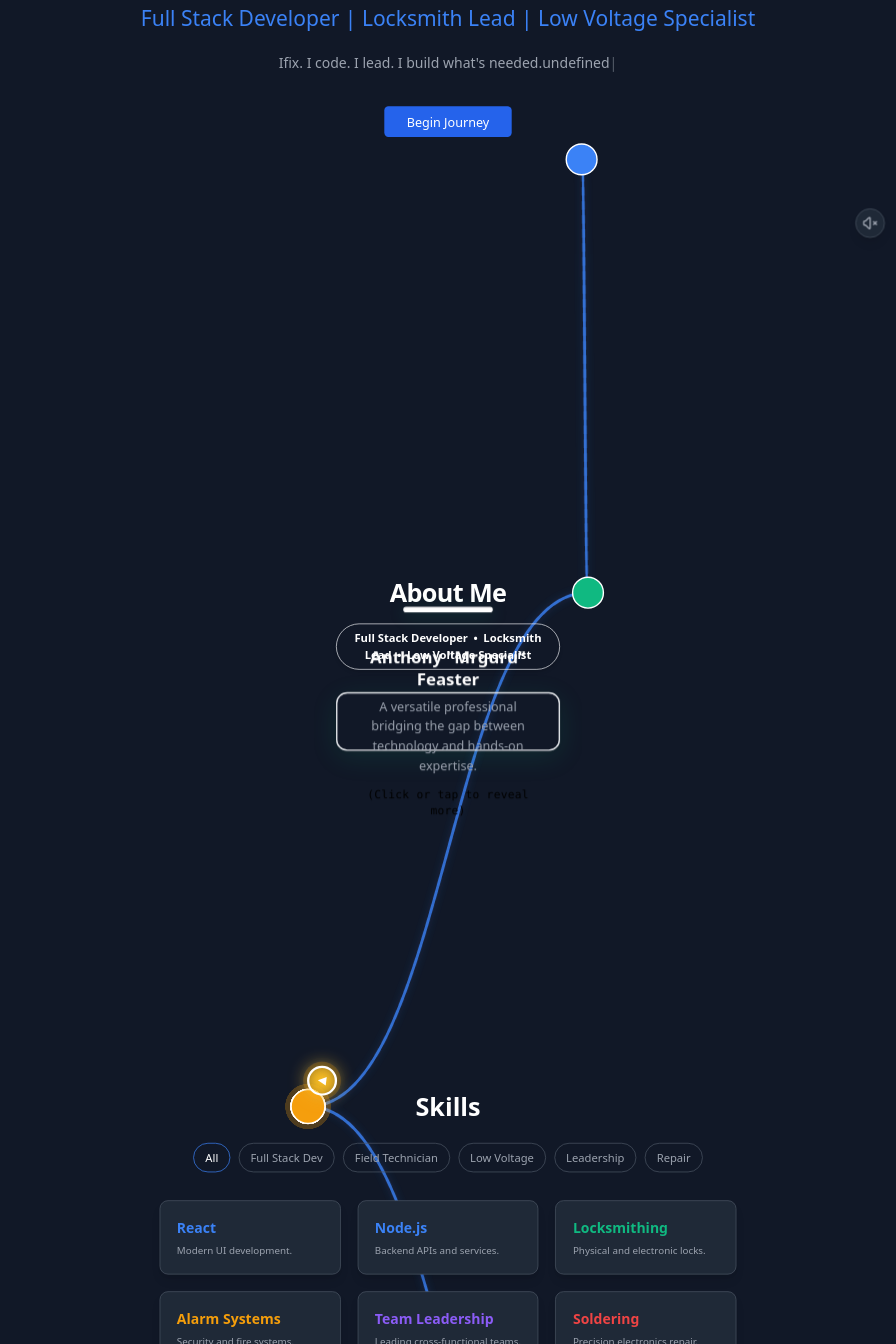
Repository: Mrguru2024/MyResumeSite
Page: /
The author's editor kept a copy of each file at every save. The page is drawn from the files as they stood at one save, then again after the next save.
The browser window is 1280 px wide. The pictures show the part of the page from y = 364 to 2284 px (the page is 9164 px tall before and 9893 px after), at 70% of full size.
The project was rebuilt for these pictures with package versions that can differ from the ones it lists, and the page was loaded fresh each time. The framework's server and built-in components were replaced by stand-ins that run in the browser. Also part of the build but not shown: next.config.mjs.

Above is the page before, as saved 2025-05-11 19:16:11.

### src/app/layout.tsx
import type { Metadata } from "next";
import { Inter } from "next/font/google";
import "./globals.css";

const inter = Inter({
  subsets: ["latin"],
  display: "swap",
  variable: "--font-inter",
});

export const metadata: Metadata = {
  title: "Anthony 'Mrguru' Feaster - Interactive Resume",
  description: "Interactive resume website showcasing Anthony Feaster's skills, experience, and projects",
};

export default function RootLayout({
  children,
}: {
  children: React.ReactNode;
}) {
  return (
    <html lang="en" className="scroll-smooth">
      <body className={`${inter.variable} font-sans antialiased`}>
        {children}
      </body>
    </html>
  );
}

### src/components/sections/About/index.tsx
"use client";
import { useState, useContext, useRef } from "react";
import { motion, AnimatePresence } from "framer-motion";
import { cn } from "@/lib/utils";
import { ActiveSectionContext } from "@/context/ActiveSectionContext";

const ABOUT_COLOR = "#10b981";

export default function About() {
  const [isFlipped, setIsFlipped] = useState(false);
  const { active } = useContext(ActiveSectionContext);
  const sectionIndex = 1; // About is the second section (0 = Hero)
  const isActive = active === sectionIndex;
  const cardRef = useRef<HTMLButtonElement>(null);
  const [tilt, setTilt] = useState({ x: 0, y: 0 });

  // Flip card automatically when About is active
  // (but allow manual flip as well)
  // Only auto-flip to back ONCE per activation
  const [autoFlipped, setAutoFlipped] = useState(false);
  if (isActive && !autoFlipped && !isFlipped) {
    setTimeout(() => {
      setIsFlipped(true);
      setAutoFlipped(true);
    }, 400);
  } else if (!isActive && autoFlipped) {
    // Don't auto-flip back when scrolling away
    // setIsFlipped(false);
    // setAutoFlipped(false);
  }

  // 3D tilt effect on mouse move
  function handleMouseMove(e: React.MouseEvent) {
    const card = cardRef.current;
    if (!card) return;
    const rect = card.getBoundingClientRect();
    const x = ((e.clientX - rect.left) / rect.width - 0.5) * 2;
    const y = ((e.clientY - rect.top) / rect.height - 0.5) * 2;
    setTilt({ x, y });
  }
  function handleMouseLeave() {
    setTilt({ x: 0, y: 0 });
  }

  return (
    <section className="min-h-screen flex flex-col items-center justify-center relative pt-32 overflow-hidden">
      {/* Animated SVG/CSS background pattern */}
      <AnimatePresence>
        {isActive && (
          <motion.div
            key="about-bg-pattern"
            initial={{ opacity: 0 }}
            animate={{ opacity: 0.18 }}
            exit={{ opacity: 0 }}
            transition={{ duration: 1 }}
            className="absolute inset-0 z-0 pointer-events-none"
            aria-hidden
          >
            <svg
              width="100%"
              height="100%"
              className="w-full h-full"
              viewBox="0 0 800 600"
              fill="none"
              xmlns="http://www.w3.org/2000/svg"
            >
              <defs>
                <radialGradient
                  id="aboutBgGrad"
                  cx="50%"
                  cy="40%"
                  r="80%"
                  fx="50%"
                  fy="40%"
                >
                  <stop offset="0%" stopColor="#10b981" stopOpacity="0.18" />
                  <stop offset="100%" stopColor="transparent" />
                </radialGradient>
              </defs>
              <rect width="800" height="600" fill="url(#aboutBgGrad)" />
              <g stroke="#10b981" strokeWidth="0.5" opacity="0.18">
                {[...Array(12)].map((_, i) => (
                  <circle
                    key={i}
                    cx={400}
                    cy={300}
                    r={40 + i * 40}
                    fill="none"
                  />
                ))}
              </g>
            </svg>
          </motion.div>
        )}
      </AnimatePresence>
      {/* Animated background accent when active */}
      <AnimatePresence>
        {isActive && (
          <motion.div
            key="about-accent"
            initial={{ opacity: 0, scale: 0.9 }}
            animate={{ opacity: 0.25, scale: 1 }}
            exit={{ opacity: 0, scale: 0.9 }}
            transition={{ duration: 0.7, type: "spring" }}
            className="absolute inset-0 z-0 pointer-events-none"
            style={{
              background:
                "radial-gradient(circle at 50% 40%, #10b98155 0%, transparent 70%)",
              filter: "blur(32px)",
            }}
            aria-hidden
          />
        )}
      </AnimatePresence>
      <div className="container mx-auto px-4 sm:px-6 lg:px-8 bg-transparent">
        <motion.div
          className="w-full max-w-3xl xl:max-w-4xl mx-auto"
          initial={{ opacity: 0, y: 40 }}
          animate={{ opacity: 1, y: 0 }}
          transition={{ duration: 0.7, delay: 0.2 }}
        >
          <h2 className="text-3xl sm:text-4xl font-extrabold text-text-primary mb-4 sm:mb-6 text-center tracking-tight drop-shadow-lg">
            About Me
          </h2>
          {/* Badge above card, always readable, never flips */}
          <motion.div
            className="mb-6 sm:mb-8 mt-2 px-3 sm:px-5 py-1.5 sm:py-2 rounded-full bg-emerald-500/90 text-white font-semibold text-xs sm:text-base shadow-md border border-white/20 backdrop-blur-md max-w-[90vw] sm:max-w-xs text-center whitespace-pre-line"
            initial={{ opacity: 0, y: -10 }}
            animate={{ opacity: 1, y: 0 }}
            transition={{ delay: 0.2, duration: 0.5 }}
            style={{ zIndex: 2 }}
          >
            <span className="block sm:inline">Full Stack Developer</span>
            <span className="hidden sm:inline mx-2">•</span>
            <span className="block sm:inline">Locksmith Lead</span>
            <span className="hidden sm:inline mx-2">•</span>
            <span className="block sm:inline">Low Voltage Specialist</span>
          </motion.div>
          {/* Card flip container with perspective */}
          <div className="flex justify-center items-center mt-4 sm:mt-8">
            <motion.div
              className="relative w-full max-w-md xl:max-w-lg"
              style={{ perspective: 1200 }}
              layout
            >
              <motion.div
                className="relative w-full h-[400px]"
                style={{
                  transformStyle: "preserve-3d",
                }}
                transition={{ type: "spring", stiffness: 80, damping: 18 }}
                layout
              >
                {/* Card Front */}
                <motion.button
                  type="button"
                  aria-pressed={isFlipped}
                  className={cn(
                    "w-full h-full rounded-2xl p-4 sm:p-6 md:p-10 shadow-2xl flex flex-col items-center justify-center border-2 border-transparent bg-white/30 dark:bg-background-dark/60 backdrop-blur-xl z-10 select-none transition-all duration-300",
                    isFlipped ? "opacity-0 pointer-events-none" : "opacity-100"
                  )}
                  style={{
                    boxShadow: "0 8px 40px 0 #10b98122, 0 1.5px 8px #0002",
                    borderImage: isActive
                      ? "linear-gradient(90deg, #10b981 0%, #22d3ee 100%) 1"
                      : undefined,
                    borderColor: isActive ? "#10b981" : "#e5e7eb",
                    transition: "all 0.4s ease",
                    cursor: "pointer",
                    backfaceVisibility: "hidden",
                    position: "absolute",
                    top: 0,
                    left: 0,
                    right: 0,
                    bottom: 0,
                    transform: `rotateY(${isFlipped ? 180 : 0}deg)`,
                  }}
                  tabIndex={0}
                  aria-label="About card front"
                  whileHover={{ scale: 1.02, transition: { duration: 0.2 } }}
                  whileTap={{ scale: 0.98 }}
                  onClick={() => setIsFlipped((f) => !f)}
                >
                  {/* Avatar with drop shadow, perfectly centered */}
                  <div
                    className="w-20 h-20 sm:w-24 sm:h-24 md:w-32 md:h-32 rounded-full bg-gradient-to-br from-emerald-400 to-emerald-700 border-4 border-white shadow-lg mb-4 sm:mb-6 flex items-center justify-center overflow-hidden"
                    style={{ boxShadow: "0 4px 24px 0 #10b98144" }}
                  >
                    {/* Replace with actual avatar image if available */}
                    <svg
                      viewBox="0 0 64 64"
                      fill="none"
                      xmlns="http://www.w3.org/2000/svg"
                      className="w-16 h-16 sm:w-20 sm:h-20"
                    >
                      <circle cx="32" cy="32" r="32" fill="url(#avatarGrad)" />
                      <defs>
                        <linearGradient
                          id="avatarGrad"
                          x1="0"
                          y1="0"
                          x2="64"
                          y2="64"
                          gradientUnits="userSpaceOnUse"
                        >
                          <stop stopColor="#34d399" />
                          <stop offset="1" stopColor="#2563eb" />
                        </linearGradient>
                      </defs>
                      <path
                        d="M32 34c-7.732 0-14 6.268-14 14v2h28v-2c0-7.732-6.268-14-14-14z"
                        fill="#2563eb"
                        fillOpacity=".2"
                      />
                      <circle
                        cx="32"
                        cy="24"
                        r="10"
                        fill="#2563eb"
                        fillOpacity=".3"
                      />
                    </svg>
                  </div>
                  {/* Divider */}
                  <motion.div
                    className="w-16 sm:w-20 md:w-24 h-1 rounded-full bg-gradient-to-r from-emerald-400 via-emerald-300 to-emerald-500 mb-4 sm:mb-6"
                    initial={{ scaleX: 0 }}
                    animate={{ scaleX: 1 }}
                    transition={{ delay: 0.35, duration: 0.5 }}
                  />
                  <motion.h3
                    className="text-lg sm:text-xl md:text-2xl font-extrabold text-text-primary text-center mb-2 drop-shadow"
                    initial={{ opacity: 0, y: 20 }}
                    animate={{ opacity: 1, y: 0 }}
                    transition={{ delay: 0.2, duration: 0.6 }}
                  >
                    Anthony "Mrguru" Feaster
                  </motion.h3>
                  <motion.p
                    className="text-sm sm:text-base md:text-lg text-text-secondary text-center mb-2"
                    initial={{ opacity: 0, y: 20 }}
                    animate={{ opacity: 1, y: 0 }}
                    transition={{ delay: 0.3, duration: 0.6 }}
                  >
                    A versatile professional bridging the gap between technology
                    and hands-on expertise.
                  </motion.p>
                  <motion.span
                    className="mt-2 text-xs sm:text-sm md:text-base text-emerald-500 font-mono tracking-wide pb-6"
                    initial={{ opacity: 0 }}
                    animate={{ opacity: 1 }}
                    transition={{ delay: 0.7, duration: 0.5 }}
                  >
                    (Click or tap to reveal more)
                  </motion.span>
                </motion.button>
                {/* Card Back */}
                <motion.button
                  type="button"
                  aria-pressed={!isFlipped}
                  className={cn(
                    "w-full h-full rounded-2xl p-4 sm:p-6 md:p-10 shadow-2xl flex flex-col justify-center border-2 border-transparent bg-background-dark/90 dark:bg-white/90 backdrop-blur-xl z-10 select-none transition-all duration-300",
                    !isFlipped ? "opacity-0 pointer-events-none" : "opacity-100"
                  )}
                  style={{
                    boxShadow: "0 8px 40px 0 #10b98122, 0 1.5px 8px #0002",
                    borderImage: isActive
                      ? "linear-gradient(90deg, #10b981 0%, #22d3ee 100%) 1"
                      : undefined,
                    borderColor: isActive ? "#10b981" : "#e5e7eb",
                    transition: "all 0.4s ease",
                    cursor: "pointer",
                    backfaceVisibility: "hidden",
                    position: "absolute",
                    top: 0,
                    left: 0,
                    right: 0,
                    bottom: 0,
                    transform: `rotateY(${isFlipped ? 0 : -180}deg)`,
                  }}
                  tabIndex={0}
                  aria-label="About card back"
                  whileHover={{ scale: 1.02, transition: { duration: 0.2 } }}
                  whileTap={{ scale: 0.98 }}
                  onClick={() => setIsFlipped((f) => !f)}
                >
                  <motion.h3
                    className="text-lg sm:text-xl md:text-2xl font-extrabold text-text-primary mb-4 text-center drop-shadow"
                    initial={{ opacity: 0, y: 20 }}
                    animate={{ opacity: 1, y: 0 }}
                    transition={{ delay: 0.1, duration: 0.5 }}
                  >
                    Professional Summary
                  </motion.h3>
                  <motion.p
                    className="text-sm sm:text-base md:text-lg text-text-secondary mb-4 text-center"
                    initial={{ opacity: 0, y: 20 }}
                    animate={{ opacity: 1, y: 0 }}
                    transition={{ delay: 0.2, duration: 0.5 }}
                  >
                    As a Full Stack Developer and Field Technician, I combine
                    technical expertise with practical problem-solving skills.
                    My experience spans from developing modern web applications
                    to hands-on locksmith and low voltage work.
                  </motion.p>
                  <motion.p
                    className="text-sm sm:text-base md:text-lg text-text-secondary text-center"
                    initial={{ opacity: 0, y: 20 }}
                    animate={{ opacity: 1, y: 0 }}
                    transition={{ delay: 0.3, duration: 0.5 }}
                  >
                    I lead teams, manage projects, and deliver solutions that
                    make a real impact. Whether it's coding, fixing, or
                    building, I'm passionate about creating efficient, reliable
                    systems that solve real-world problems.
                  </motion.p>
                  <motion.span
                    className="mt-4 text-xs sm:text-sm md:text-base text-emerald-500 font-mono tracking-wide text-center pb-6"
                    initial={{ opacity: 0 }}
                    animate={{ opacity: 1 }}
                    transition={{ delay: 0.5, duration: 0.5 }}
                  >
                    (Click or tap to flip back)
                  </motion.span>
                </motion.button>
              </motion.div>
            </motion.div>
          </div>
        </motion.div>
      </div>
    </section>
  );
}

### src/context/ActiveSectionContext.tsx
import { createContext } from "react";

export const ActiveSectionContext = createContext({
  active: 0,
  setActive: (i: number) => {},
});

### src/components/ui/Button/index.tsx
import { ButtonHTMLAttributes, forwardRef } from "react";
import { cn } from "@/lib/utils";

interface ButtonProps extends ButtonHTMLAttributes<HTMLButtonElement> {
  variant?: "primary" | "secondary" | "outline";
  size?: "sm" | "md" | "lg";
}

const Button = forwardRef<HTMLButtonElement, ButtonProps>(
  ({ className, variant = "primary", size = "md", ...props }, ref) => {
    return (
      <button
        className={cn(
          "inline-flex items-center justify-center rounded-md font-medium transition-colors focus-visible:outline-none focus-visible:ring-2 focus-visible:ring-ring focus-visible:ring-offset-2 disabled:opacity-50 disabled:pointer-events-none",
          {
            "bg-button-primary text-button-text hover:bg-button-primaryHover":
              variant === "primary",
            "bg-secondary text-white hover:bg-secondary/90":
              variant === "secondary",
            "border border-input bg-background hover:bg-accent hover:text-accent-foreground":
              variant === "outline",
            "h-9 px-3 text-sm": size === "sm",
            "h-10 px-4 py-2": size === "md",
            "h-11 px-8 text-lg": size === "lg",
          },
          className
        )}
        ref={ref}
        {...props}
      />
    );
  }
);

Button.displayName = "Button";

export default Button;

### src/lib/utils.ts
import { type ClassValue, clsx } from "clsx";
import { twMerge } from "tailwind-merge";

export function cn(...inputs: ClassValue[]) {
  return twMerge(clsx(...inputs));
}

Loaded but not shown: tailwind.config.js (54 lines, source omitted); src/components/ui/BlueprintRoute/index.tsx (676 lines, source omitted); src/components/sections/Experience/index.tsx (165 lines, source omitted); src/components/sections/Portfolio/index.tsx (201 lines, source omitted); src/components/sections/Skills/index.tsx (187 lines, source omitted); src/app/page.tsx (97 lines, source omitted); src/components/sections/Hero/index.tsx (83 lines, source omitted); src/app/globals.css (72 lines, source omitted)

After the next save:
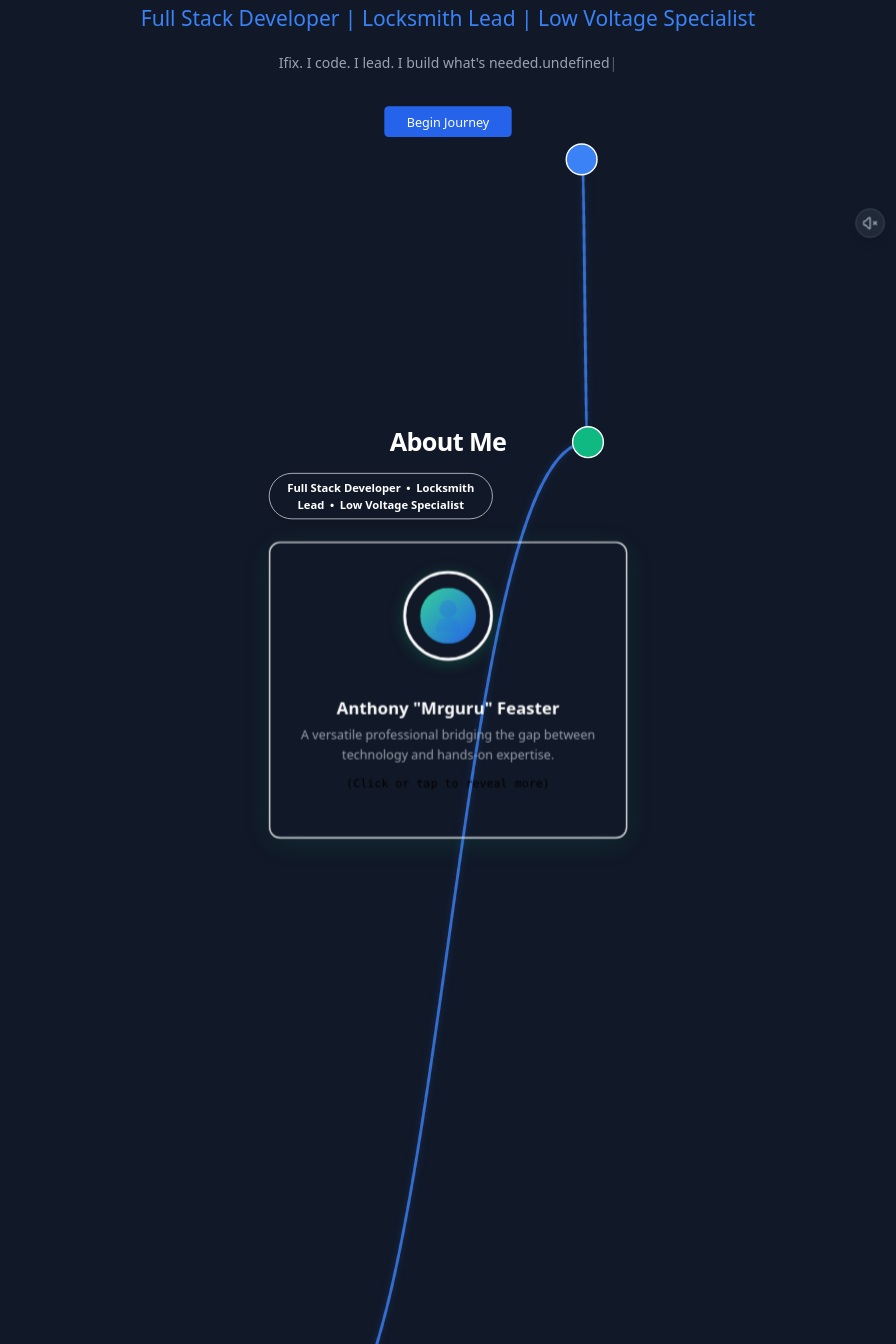
Saved 8 s later.
--- a/src/components/sections/About/index.tsx
+++ b/src/components/sections/About/index.tsx
@@ -144,9 +144,10 @@
               layout
             >
               <motion.div
-                className="relative w-full h-[400px]"
+                className="relative w-full"
                 style={{
                   transformStyle: "preserve-3d",
+                  transform: `rotateY(${isFlipped ? 180 : 0}deg)`,
                 }}
                 transition={{ type: "spring", stiffness: 80, damping: 18 }}
                 layout
@@ -156,8 +157,8 @@
                   type="button"
                   aria-pressed={isFlipped}
                   className={cn(
-                    "w-full h-full rounded-2xl p-4 sm:p-6 md:p-10 shadow-2xl flex flex-col items-center justify-center border-2 border-transparent bg-white/30 dark:bg-background-dark/60 backdrop-blur-xl z-10 select-none transition-all duration-300",
-                    isFlipped ? "opacity-0 pointer-events-none" : "opacity-100"
+                    "w-full rounded-2xl p-4 sm:p-6 md:p-10 shadow-2xl flex flex-col items-center justify-center border-2 border-transparent bg-white/30 dark:bg-background-dark/60 backdrop-blur-xl z-10 select-none transition-transform duration-300",
+                    isFlipped && "pointer-events-none"
                   )}
                   style={{
                     boxShadow: "0 8px 40px 0 #10b98122, 0 1.5px 8px #0002",
@@ -165,18 +166,18 @@
                       ? "linear-gradient(90deg, #10b981 0%, #22d3ee 100%) 1"
                       : undefined,
                     borderColor: isActive ? "#10b981" : "#e5e7eb",
-                    transition: "all 0.4s ease",
+                    transition: "border-color 0.4s, box-shadow 0.4s",
                     cursor: "pointer",
                     backfaceVisibility: "hidden",
-                    position: "absolute",
-                    top: 0,
-                    left: 0,
-                    right: 0,
-                    bottom: 0,
-                    transform: `rotateY(${isFlipped ? 180 : 0}deg)`,
+                    position: "relative",
+                    zIndex: 2,
                   }}
+                  initial={{ opacity: 1 }}
+                  animate={{ opacity: isFlipped ? 0 : 1 }}
+                  transition={{ duration: 0.4 }}
                   tabIndex={0}
                   aria-label="About card front"
+                  layout
                   whileHover={{ scale: 1.02, transition: { duration: 0.2 } }}
                   whileTap={{ scale: 0.98 }}
                   onClick={() => setIsFlipped((f) => !f)}
@@ -259,8 +260,8 @@
                   type="button"
                   aria-pressed={!isFlipped}
                   className={cn(
-                    "w-full h-full rounded-2xl p-4 sm:p-6 md:p-10 shadow-2xl flex flex-col justify-center border-2 border-transparent bg-background-dark/90 dark:bg-white/90 backdrop-blur-xl z-10 select-none transition-all duration-300",
-                    !isFlipped ? "opacity-0 pointer-events-none" : "opacity-100"
+                    "w-full rounded-2xl p-4 sm:p-6 md:p-10 shadow-2xl flex flex-col justify-center border-2 border-transparent bg-background-dark/90 dark:bg-white/90 backdrop-blur-xl rotate-y-180 z-10 select-none transition-transform duration-300",
+                    !isFlipped && "pointer-events-none"
                   )}
                   style={{
                     boxShadow: "0 8px 40px 0 #10b98122, 0 1.5px 8px #0002",
@@ -268,18 +269,19 @@
                       ? "linear-gradient(90deg, #10b981 0%, #22d3ee 100%) 1"
                       : undefined,
                     borderColor: isActive ? "#10b981" : "#e5e7eb",
-                    transition: "all 0.4s ease",
+                    transition: "border-color 0.4s, box-shadow 0.4s",
                     cursor: "pointer",
                     backfaceVisibility: "hidden",
-                    position: "absolute",
-                    top: 0,
-                    left: 0,
-                    right: 0,
-                    bottom: 0,
-                    transform: `rotateY(${isFlipped ? 0 : -180}deg)`,
+                    transform: "rotateY(180deg)",
+                    position: "relative",
+                    zIndex: 2,
                   }}
+                  initial={{ opacity: 0 }}
+                  animate={{ opacity: isFlipped ? 1 : 0 }}
+                  transition={{ duration: 0.4 }}
                   tabIndex={0}
                   aria-label="About card back"
+                  layout
                   whileHover={{ scale: 1.02, transition: { duration: 0.2 } }}
                   whileTap={{ scale: 0.98 }}
                   onClick={() => setIsFlipped((f) => !f)}
